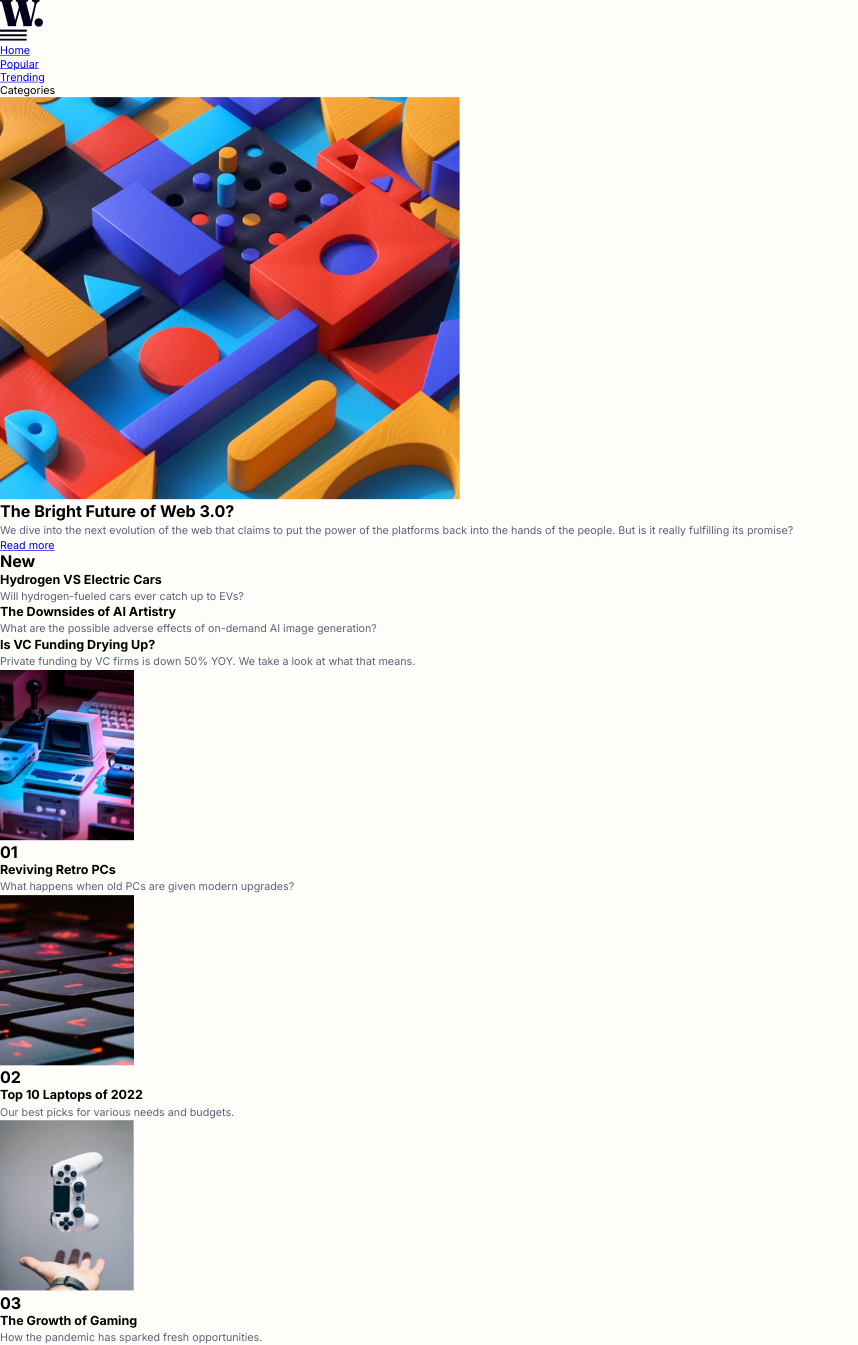
Repository: Arkitecth/news-webpage
Page: index.html
These files come from the project's save history. The page is drawn as it stood at one moment and after the next save; the edit follows.
The browser window is 1280 px wide. The pictures show the whole page, at 67% of full size.

Above is the page before, as saved 2023-06-07 19:35:49.

### index.html
<!DOCTYPE html>
<html lang="en">
<head>
  <meta charset="UTF-8">
  <meta name="viewport" content="width=device-width, initial-scale=1.0"> <!-- displays site properly based on user's device -->
  <title>News homepage</title>
  <link rel="stylesheet" href="style.css">
  <link rel="stylesheet" media="screen and (max-width:768px)" href="mobile.css">
</head>
<body>
  <main>
    <nav class="flex-container">
      <img class="logo" src="assets/images/logo.svg" alt="logo">
      <div class="hamburger-menu">
        <img class="icon-menu" src="assets/images/icon-menu.svg" alt="icon-menu">
          <ul class="menu-items">
            <li><a href="#"> Home </a> </li>
            <li><a href="#"> Popular </a></li>
            <li><a href="#">Trending </a></li>
            <li><a>Categories</a></li>
          </ul>
      </div>
    </nav>

    <section class="showcase-card">
      <img class="background-image" src="assets/images/image-web-3-mobile.jpg" alt="background-image">
      <h1>The Bright Future of Web 3.0? </h1>
      <p> We dive into the next evolution of the web that claims to put the power of the platforms back into the hands of the people.
        But is it really fulfilling its promise? </p>
      <a class="primary-btn" href="#">Read more </a>
    </section>

    <section class="news-card">
      <h2>New</h2>
      <article>
        <h3>Hydrogen VS Electric Cars</h3>
        <p>Will hydrogen-fueled cars ever catch up to EVs?  </p>
      </article>

      <article>
        <h3>The Downsides of AI Artistry </h3>
        <p>What are the possible adverse effects of on-demand AI image generation?</p>
      </article>
      <article>
        <h3>Is VC Funding Drying Up?</h3>
        <p>Private funding by VC firms is down 50% YOY. We take a look at what that means.</p>
      </article>
  </section>

  <section class="game-card">
    <article>
      <img src="assets/images/image-retro-pcs.jpg" alt="image-retro-pcs">
      <div class="game-content">
        <h2>01</h2>
        <h3>Reviving Retro PCs</h3>
        <p>What happens when old PCs are given modern upgrades?</p>
      </div>
    </article>

    <article>
      <img src="assets/images/image-top-laptops.jpg" alt="image-top-laptops">
      <div class="game-content">
        <h2>02</h2>
        <h3>Top 10 Laptops of 2022</h3>
        <p>Our best picks for various needs and budgets.</p>
      </div>
    </article>

    <article>
      <img src="assets/images/image-gaming-growth.jpg" alt="image-top-laptops">
      <div class="game-content">
        <h2>03</h2>
        <h3>The Growth of Gaming</h3>
        <p>How the pandemic has sparked fresh opportunities.</p>
      </div>
    </article>

  </section>

  </main>
<script src="script.js"></script>






</body>
</html>

### style.css
@import url('https://fonts.googleapis.com/css2?family=Inter:wght@400;700;800&display=swap');

:root {
    --dark-primary: #00001A
}
* {
    margin: 0;
    padding: 0;
    box-sizing: border-box;
}

p {
    color: #5E607A;
    line-height: 26px;
}

body {
    font-family: 'Inter', sans-serif;
    background: #FFFDFA;
}

### script.js
const hamburger = document.querySelector(".hamburger-menu");
const iconMenu = document.querySelector(".icon-menu");
const menuItems = document.querySelector(".menu-items");
const backgroundImage = document.querySelector(".background-image");

const body = document.querySelector("body");
iconMenu.addEventListener("click", () => {
    hamburger.classList.toggle("menu-box");
    iconMenu.classList.toggle("toggle-icon");
    menuItems.classList.toggle("toggle-menu-items");
    body.classList.toggle("toggle-dark");
    backgroundImage.classList.toggle("toggle-background-brightness");
})
iconMenu.src = "assets/images/icon-menu.svg";

### mobile.css
:root {
    --dark-primary: #00001A;
    --dark-secondary:#5E607A;
    --almost-white:#FFFDFA;
    --primary-color:#F15D51;
}
main {
    display: grid;
    grid-template-rows: auto auto auto auto;
}

.flex-container {
    display: flex;
    justify-content: space-between;
    align-items: center;
}

.container {
    margin: 1.25rem;
}

.logo {
    margin: 1.25rem;
}


/* Menu and Nav */

.menu-items {
    list-style-type: none;
    display: none;
    font-size: 1.125rem;
}

.menu-items li {
    padding: 20px;
}


.hamburger-menu {
    margin: 20px;
}

.toggle-dark {
    background-color: rgba(18, 23, 37, 0.6);
}

.menu-box {
    position: absolute;
    margin: 0;
    top: 0;
    right: 0;
    height: 100vh;
    width: 40vh;
    background-color: var(--almost-white);
    z-index: 1;
}


.toggle-icon {
    content: url("assets/images/icon-menu-close.svg");
    padding-top: 20px;
    margin-left: 80%;
}

.toggle-menu-items {
    display: block;
    padding: 20px;
}

.toggle-background-brightness {
    filter: brightness(50%);
}


/* Showcase Card */

.background-image {
    width: 343px;
}

.showcase-card {
    display: grid;
    grid-template-rows: repeat(1fr 1fr 1fr 1fr);
    align-content: center;
    justify-content: center;
}

.showcase-card h1 {
    font-size: 2.5rem;
    font-weight: 800;
    width: 21.4375rem;
    padding: 1rem 0 1rem 0;
}

.showcase-card p {
    width: 21.4375rem;
}

.primary-btn {
    margin-top: 20px;
}

.primary-btn {
    text-decoration: none;
    text-transform: uppercase;
    background-color: var(--primary-color);
    color: var(--almost-white);
    width: 185px;
    height: 48px;
    font-weight: 700;
    font-size: 14px;
    text-align: center;
    padding-top: 15px;
    letter-spacing: 4.38px;
}

.primary-btn:hover {
    background-color: #00001A;
}

/* News Card */
.news-card {
    display: grid;
    justify-content: center;
    background-color: black;
    color: #FFFDFA;
    margin: 100px 30px 0 30px;
    padding-left: 20px;
}

.news-card h2 {
    color: #E9AA52;
    font-size: 2rem;
    padding-top: 1rem;
}

.news-card article h3 {
    padding-bottom: 1.5rem;
    padding-top: 2rem;
}

.news-card article p {
    padding-bottom: 1.5rem;
    border-bottom: 1px solid #5E607A;
    color: #C5C6CE;
}

/* Game Card */

.game-card {
    display: grid;
    grid-template-rows: 1fr 1fr 1fr;
    margin: 100px 30px 0 30px;
    justify-content: center;
    padding-bottom: 100px;
    align-items: center;
    gap:30px
}

.game-card img {
    width: 100px;
    height: 129px;
}

.game-card article {
    display: grid;
    grid-template-columns: auto 1fr;
}

.game-content {
   padding-left: 20px;
}

.game-content h2 {
    color: #C5C6CE;
    font-size: 2rem;
    padding-bottom: 0.5rem;
}

.game-content h3 {
    padding-bottom: 1rem;
}

After the next save:
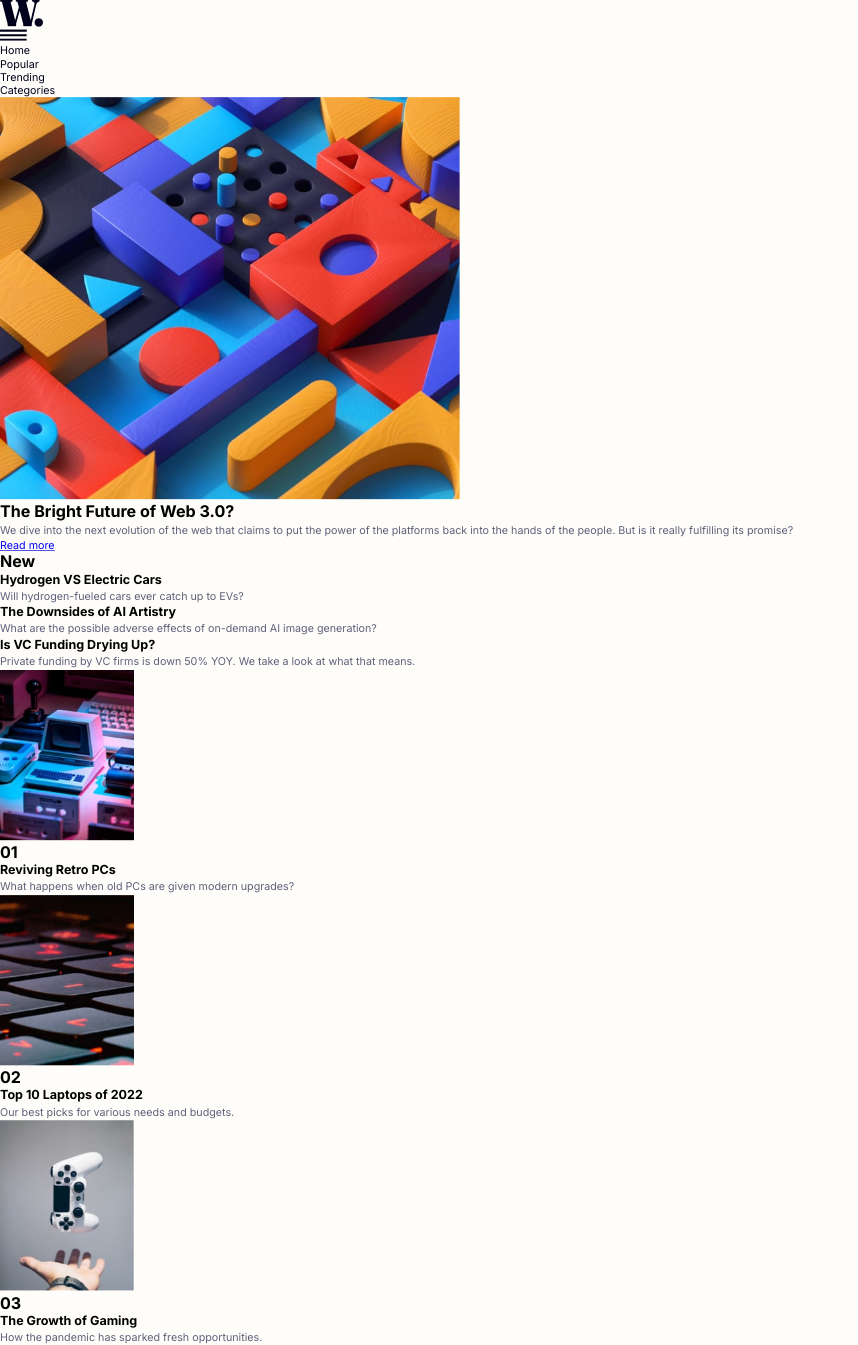
Saved 3 s later.
--- a/style.css
+++ b/style.css
@@ -1,13 +1,20 @@
 @import url('https://fonts.googleapis.com/css2?family=Inter:wght@400;700;800&display=swap');
 
 :root {
-    --dark-primary: #00001A
+    --dark-primary: #00001A;
 }
 * {
     margin: 0;
     padding: 0;
     box-sizing: border-box;
 }
+
+.menu-items li a {
+    text-decoration: none;
+    color: #00001A;
+
+}
+
 
 p {
     color: #5E607A;
